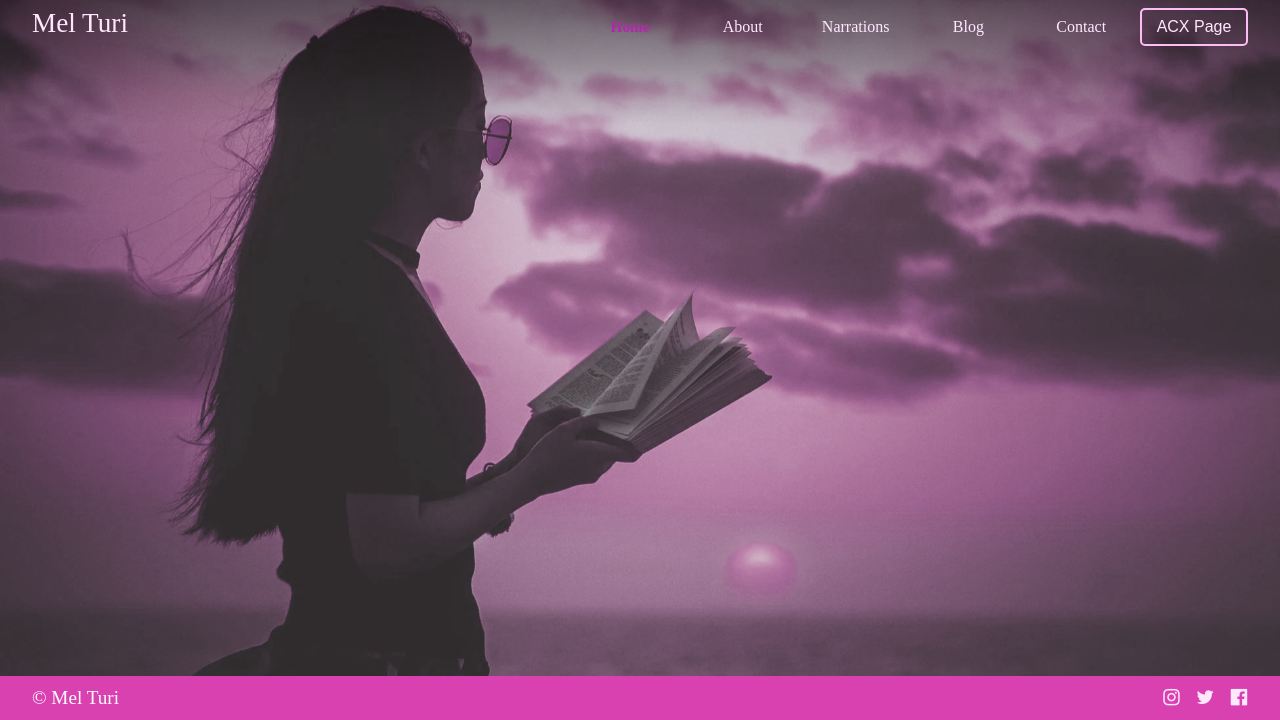
Repository: mel-turi/mel-turi-website
Page: /
An editor plug-in stored every save of this project. The page is shown before and after the next save, followed by the edit.
The browser window is 1280 px wide. The pictures show the whole page.
Some web fonts or font styles are not loaded; a fallback is used. The project was rebuilt for these pictures with package versions that can differ from the ones it lists, and the page was loaded fresh each time. Also part of the build but not shown: src/About.js, src/Narrations.js, src/Blog.js, src/Contact.js.

Above is the page before, as saved 2019-08-24 15:57:18.

After the next save:
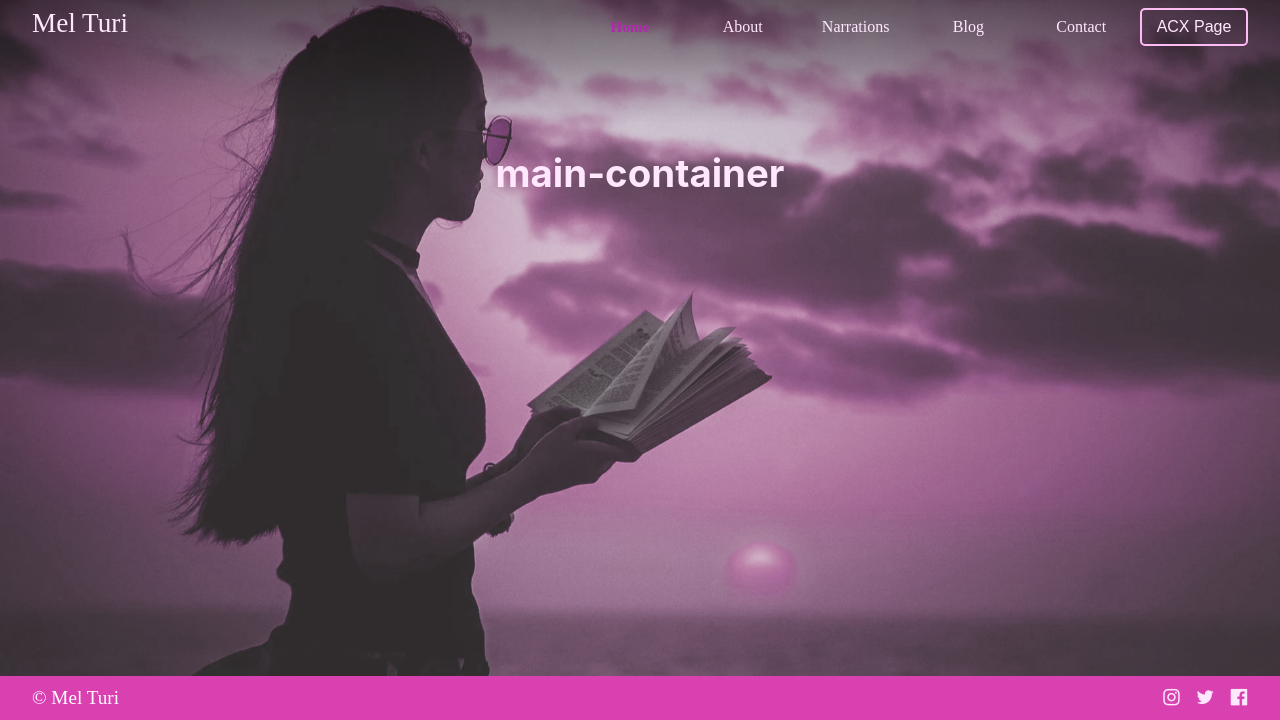
Saved 14 s later.
--- a/src/Content.js
+++ b/src/Content.js
@@ -16,7 +16,7 @@ class Content extends React.Component {
   render() {
     return (
       <main className={this.props.state.containerpage}>
-        <h1>{this.props.containerpage}</h1>
+        <h1>{this.props.state.containerpage}</h1>
       </main>
     );
   }
